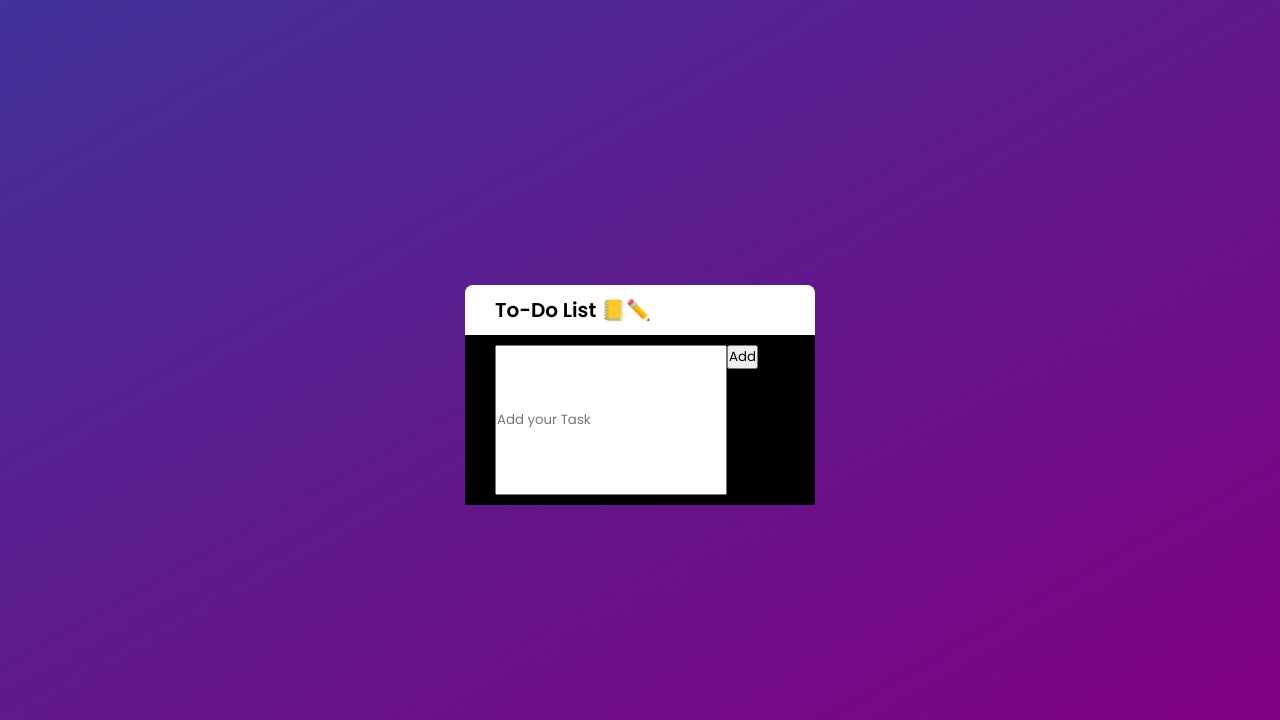
Repository: Ankitkr2021/To-Do-List
Page: index.html
These files come from the project's save history. The page is drawn as it stood at one moment and after the next save; the edit follows.
The browser window is 1280 px wide. The pictures show the whole page.

Above is the page before, as saved 2025-10-03 10:07:45.

After the next save:
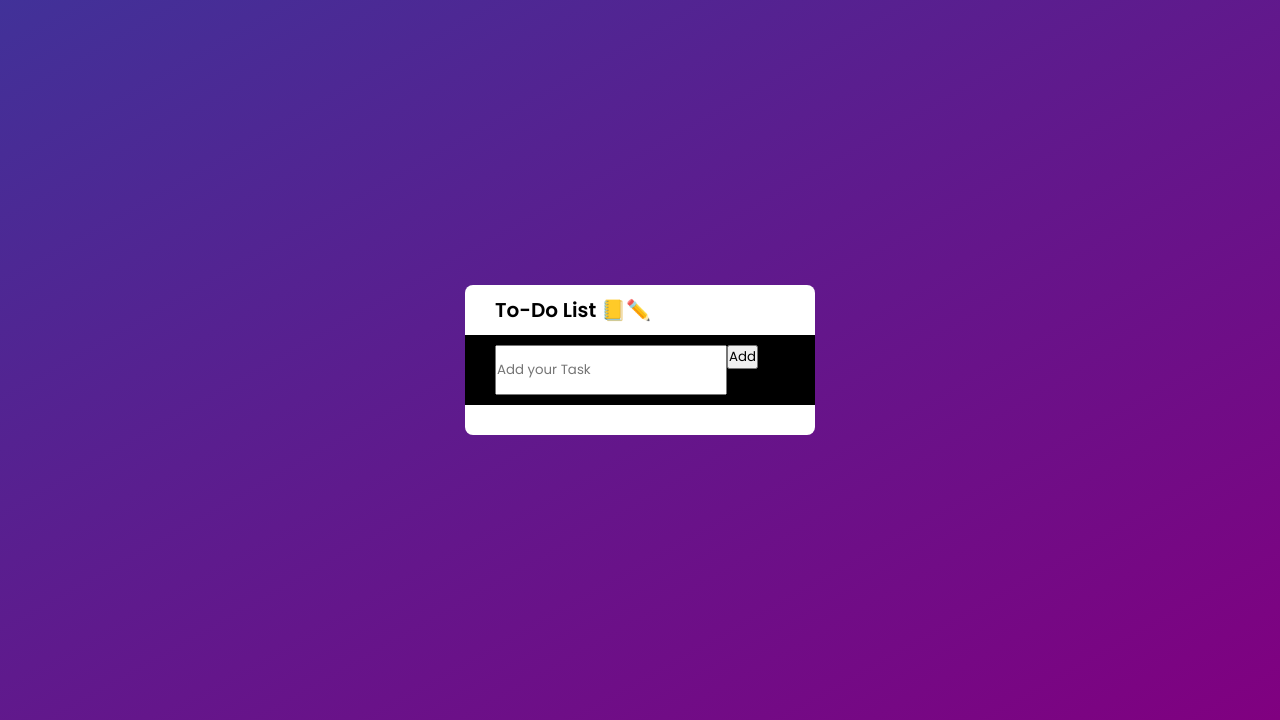
Saved 5 s later.
--- a/style.css
+++ b/style.css
@@ -37,7 +37,7 @@ body{
 
 .task input {
     width: 80%;
-    height: 150px;
+    height: 50px;
 }
 
 .task button {
